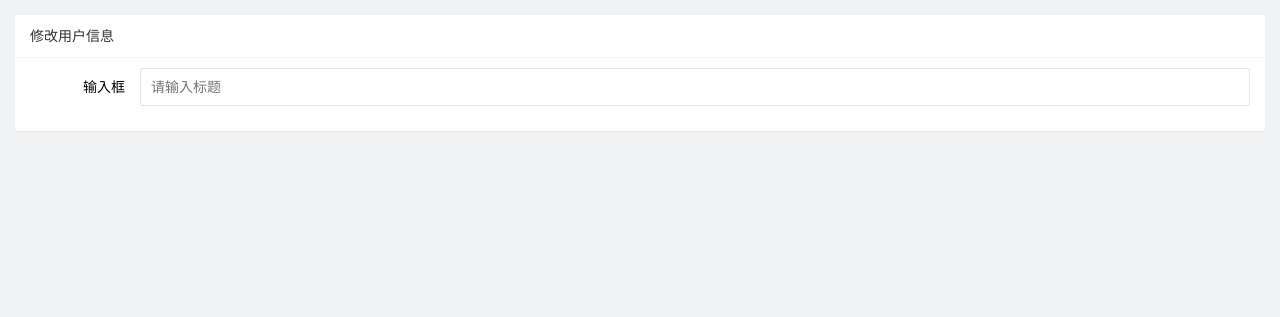
Repository: toastname/openread
Page: User/user_info.html
These files come from the project's save history. The page is drawn as it stood at one moment and after the next save; the edit follows.
The browser window is 1280 px wide. The pictures show the whole page.

Above is the page before, as saved 2021-06-06 18:09:46.

### User/user_info.html
<!DOCTYPE html>
<html lang="en">

<head>
    <meta charset="UTF-8">
    <meta http-equiv="X-UA-Compatible" content="IE=edge">
    <meta name="viewport" content="width=device-width, initial-scale=1.0">
    <title>Document</title>
    <script src="../lib/jquery.js"></script>
    <link rel="stylesheet" href="../lib/layui/css/layui.css">
    <link rel="stylesheet" href="../styles/User/user_info.css">
</head>

<body>
    <div class="layui-card">
        <div class="layui-card-header">修改用户信息</div>
        <div class="layui-card-body">
            <form class="layui-form" action="">
                <div class="layui-form-item">
                    <label class="layui-form-label">输入框</label>
                    <div class="layui-input-block">
                        <input type="text" name="title" required lay-verify="required" placeholder="请输入标题" autocomplete="off" class="layui-input">
                    </div>
                </div>
        </div>
    </div>


    <!-- 导入layui的script -->
    <script src="lib/layui/layui.all.js"></script>
    <script src="lib/jquery.js"></script>
    <script src="scripts/baseAPI.js"></script>
</body>

</html>

### styles/User/user_info.css
body {
    background-color: #f0f2f4;
    padding: 15px;
}

### scripts/baseAPI.JS
// 注意：每次调用 $.get() 或 $.post() 或 $.ajax() 的时候，
// 会先调用 ajaxPrefilter 这个函数
// 在这个函数中，可以拿到我们给Ajax提供的配置对象
$.ajaxPrefilter(function(options) {
    // 在发起真正的 Ajax 请求之前，统一拼接请求的根路径
    options.url = 'http://api-breakingnews-web.itheima.net' + options.url

    // 统一为有权限的接口，设置 headers 请求头
    if (options.url.indexOf('/my/') !== -1) {
        options.headers = {
            Authorization: localStorage.getItem('token') || ''
        }
    }

    // 全局统一挂载 complete 回调函数
    options.complete = function(res) {
        // console.log('执行了 complete 回调：')
        // console.log(res)
        // 在 complete 回调函数中，可以使用 res.responseJSON 拿到服务器响应回来的数据
        if (res.responseJSON.status === 1 && res.responseJSON.message === '身份认证失败！') {
            // 1. 强制清空 token
            localStorage.removeItem('token')
                // 2. 强制跳转到登录页面
            location.href = '/login.html'
        }
    }
})

Loaded but not shown: lib/jquery.js (library); lib/layui/css/layui.css (library); lib/layui/layui.all.js (library); lib/layui/css/modules/laydate/default/laydate.css (library); lib/layui/css/modules/layer/default/layer.css (library); lib/layui/css/modules/code.css (common file)

After the next save:
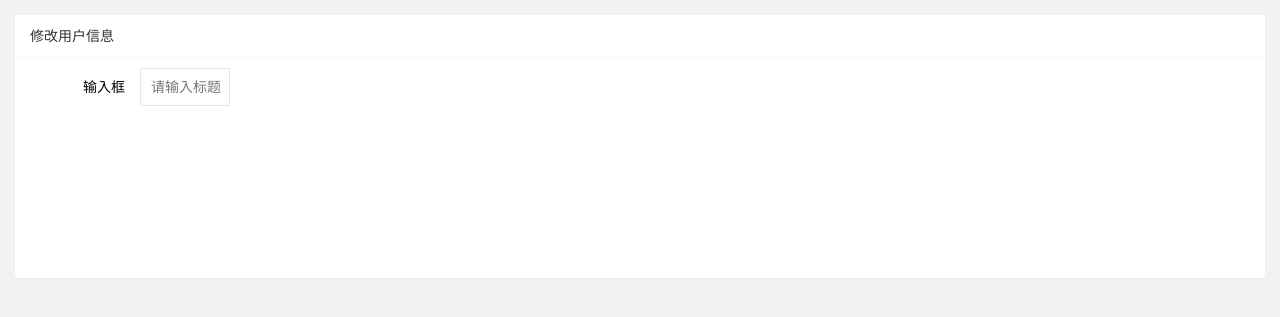
Saved 3 min 32 s later.
--- a/styles/User/user_info.css
+++ b/styles/User/user_info.css
@@ -2,3 +2,8 @@ body {
     background-color: #f0f2f4;
     padding: 15px;
 }
+
+.layui-form {
+    width: 200px;
+    height: 200px;
+}
